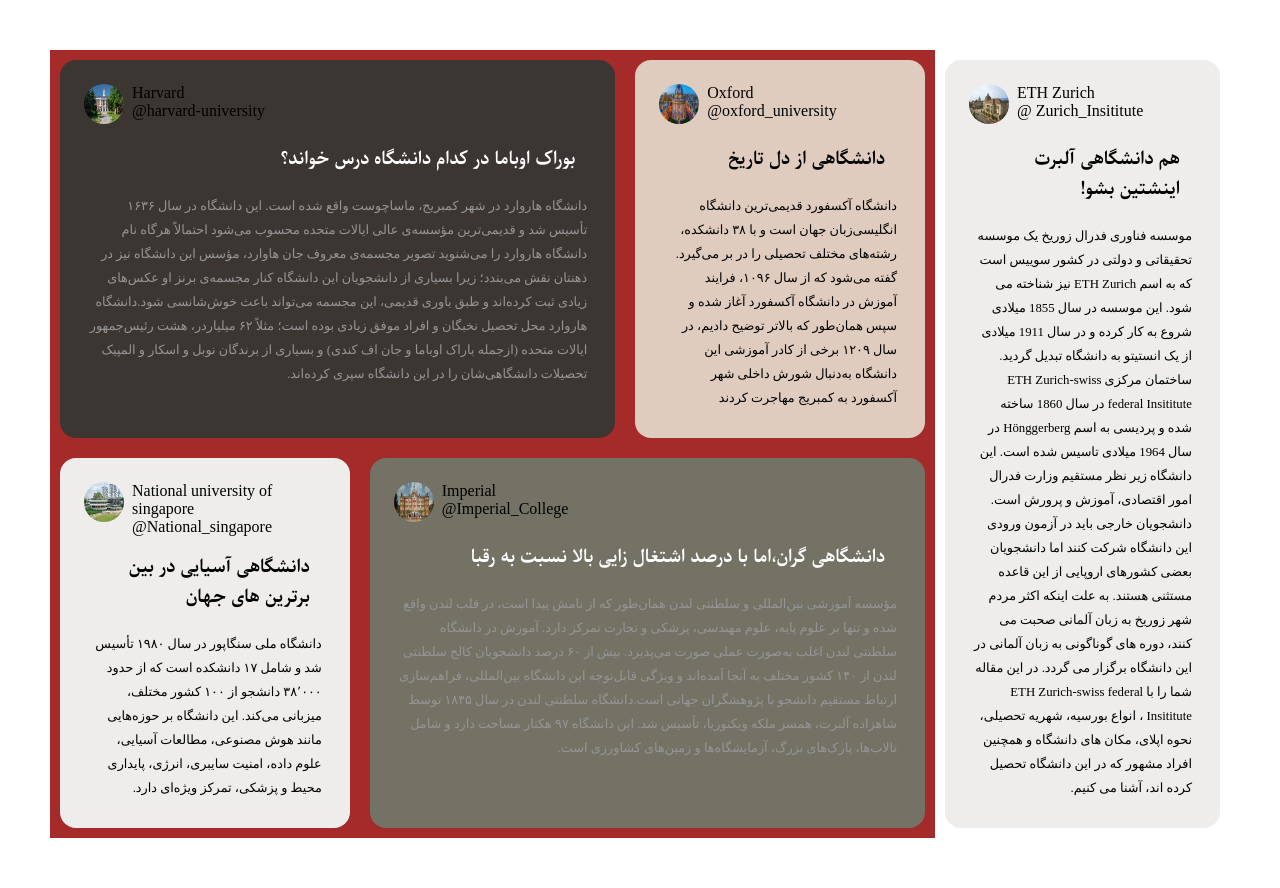
Repository: rahanwz/cards
Page: cards.html
The author's editor kept a copy of each file at every save. The page is drawn from the files as they stood at one save, then again after the next save.
The browser window is 1280 px wide. The pictures show the whole page.

Above is the page before, as saved 2024-02-17 16:00:18.

### cards.html
<!DOCTYPE html>
<html lang="en">
  <head>
    <meta charset="UTF-8" />
    <meta name="viewport" content="width=device-width, initial-scale=1.0" />
    <title>Document</title>
    <link rel="stylesheet" href="cards.css" />
  </head>
  <body>
    <div class="container">
      <div class="boxcard1">
        <div class="cardcontainer big-card">
          <div class="card1">
            <div class="head">
              <div class="profile">
                <div class="profilecontaner">
                  <img
                    src="harvard-university-6591e0b9df73096be8d614ee.webp"
                    alt=""
                  />
                </div>
              </div>

              <div>
                <div class="user">Harvard</div>
                <div class="id">@harvard-university</div>
              </div>
            </div>
            <div class="descrip1" style="color: #ffffff;">بوراک اوباما در کدام دانشگاه درس خواند؟</div>
            <div class="descrip2" style=" color: #959595;">
              دانشگاه هاروارد در شهر کمبریج، ماساچوست واقع شده است. این دانشگاه
              در سال ۱۶۳۶ تأسیس شد و قدیمی‌ترین مؤسسه‌ی عالی ایالات متحده محسوب
              می‌شود احتمالاً هرگاه نام دانشگاه هاروارد را می‌شنوید تصویر
              مجسمه‌ی معروف جان هاوارد، مؤسس این دانشگاه نیز در ذهنتان نقش
              می‌بندد؛ زیرا بسیاری از دانشجویان این دانشگاه کنار مجسمه‌ی برنز او
              عکس‌های زیادی ثبت کرده‌اند و طبق باوری قدیمی، این مجسمه می‌تواند
              باعث خوش‌شانسی شود.دانشگاه هاروارد محل تحصیل نخبگان و افراد موفق
              زیادی بوده است؛ مثلاً ۶۲ میلیاردر، هشت‌ رئیس‌جمهور ایالات متحده
              (ازجمله باراک اوباما و جان اف کندی) و بسیاری از برندگان نوبل و
              اسکار و المپیک تحصیلات دانشگاهی‌شان را در این دانشگاه سپری
              کرده‌اند.
            </div>
          </div>
        </div>

        <div class="cardcontainer small-card">
          <div class="card2">
            <div class="head">
              <div class="profile">
                <div class="profilecontaner">
                  <img
                    src="oxford-university-jpg-6591b422df73096be8d6145c.webp"
                    alt=""
                  />
                </div>
              </div>
              <div>
                <div class="user">Oxford</div>
                <div class="id">@oxford_university</div>
              </div>
            </div>
            <div class="descrip1">دانشگاهی از دل تاریخ</div>
            <div class="descrip2">
              دانشگاه آکسفورد قدیمی‌ترین دانشگاه انگلیسی‌زبان جهان است و با ۳۸
              دانشکده، رشته‌های مختلف تحصیلی را در بر می‌گیرد. گفته می‌شود که از
              سال ۱۰۹۶، فرایند آموزش در دانشگاه آکسفورد آغاز شده و سپس همان‌طور
              که بالاتر توضیح دادیم، در سال ۱۲۰۹ برخی از کادر آموزشی این دانشگاه
              به‌دنبال شورش داخلی شهر آکسفورد به کمبریج مهاجرت کردند
            </div>
          </div>
        </div>

        <div class="cardcontainer small-card">
          <div class="card3">
            <div class="head">
              <div class="profile">
                <div class="profilecontaner">
                  <img src="nus-6591f1acdf73096be8d61515.webp" alt="" />
                </div>
              </div>

              <div>
                <div class="user">National university of singapore</div>
                <div class="id">@National_singapore</div>
              </div>
            </div>
            <div class="descrip1">دانشگاهی آسیایی در بین برترین های جهان</div>
            <div class="descrip2">
              دانشگاه ملی سنگاپور در سال ۱۹۸۰ تأسیس شد و شامل ۱۷ دانشکده‌ است که
              از حدود ۳۸٬۰۰۰ دانشجو از ۱۰۰ کشور مختلف، میزبانی می‌کند. این
              دانشگاه بر حوزه‌هایی مانند هوش مصنوعی، مطالعات آسیایی، علوم داده،
              امنیت سایبری، انرژی، پایداری محیط و پزشکی، تمرکز ویژه‌ای دارد.
            </div>
          </div>
        </div>
        <div class="cardcontainer big-card">
          <div class="card4">
            <div class="head">
              <div class="profile">
                <div class="profilecontaner">
                  <img
                    src="imperial-college-london-6591e911df73096be8d614fb.webp"
                    alt=""
                  />
                </div>
              </div>

              <div>
                <div class="user">Imperial</div>
                <div class="id">@Imperial_College</div>
              </div>
            </div>
            <div class="descrip1" style="color: #ffffff;">
              دانشگاهی گران،اما با درصد اشتغال زایی بالا نسبت به رقبا
            </div>
            <div class="descrip2" style="color: #959595;">
              مؤسسه آموزشی بین‌المللی و سلطنتی لندن همان‌طور که از نامش پیدا
              است، در قلب لندن واقع شده و تنها بر علوم پایه، علوم مهندسی، پزشکی
              و تجارت تمرکز دارد. آموزش در دانشگاه سلطنتی لندن اغلب به‌صورت عملی
              صورت می‌پذیرد. بیش از ۶۰ درصد دانشجویان کالج سلطنتی لندن از ۱۴۰
              کشور مختلف به آنجا آمده‌اند و ویژگی قابل‌توجه این دانشگاه
              بین‌المللی، فراهم‌سازی ارتباط مستقیم دانشجو با پژوهشگران جهانی
              است.دانشگاه سلطنتی لندن در سال ۱۸۴۵ توسط شاهزاده آلبرت، همسر ملکه
              ویکتوریا، تأسیس شد. این دانشگاه ۹۷ هکتار مساحت دارد و شامل
              تالاب‌ها، پارک‌های بزرگ، آزمایشگاه‌ها و زمین‌های کشاورزی است.
            </div>
          </div>
        </div>
      </div>
      <div class="boxcard2">
        <div class="cardcontainer">
          <div class="card5">
            <div class="head">
              <div class="profile">
                <div class="profilecontaner">
                  <img src="zurich-eth-6591f083df73096be8d6150c.webp" alt="" />
                </div>
              </div>

              <div>
                <div class="user">ETH Zurich</div>
                <div class="id">@ Zurich_Insititute</div>
              </div>
            </div>
            <div class="descrip1" ">هم دانشگاهی آلبرت اینشتین بشو!</div>
            <div class="descrip2">
              موسسه فناوری فدرال زوریخ یک موسسه تحقیقاتی و دولتی در کشور سوییس
              است که به اسم ETH Zurich نیز شناخته می شود. این موسسه در سال 1855
              میلادی شروع به کار کرده و در سال 1911 میلادی از یک انستیتو به
              دانشگاه تبدیل گردید. ساختمان مرکزی ETH Zurich-swiss federal
              Insititute در سال 1860 ساخته شده و پردیسی به اسم Hönggerberg در
              سال 1964 میلادی تاسیس شده است. این دانشگاه زیر نظر مستقیم وزارت
              فدرال امور اقتصادی، آموزش و پرورش است. دانشجویان خارجی باید در
              آزمون ورودی این دانشگاه شرکت کنند اما دانشجویان بعضی کشورهای
              اروپایی از این قاعده مستثنی هستند. به علت اینکه اکثر مردم شهر
              زوریخ به زبان آلمانی صحبت می کنند، دوره های گوناگونی به زبان
              آلمانی در این دانشگاه برگزار می گردد. در این مقاله شما را با ETH
              Zurich-swiss federal Insititute ، انواع بورسیه، شهریه تحصیلی، نحوه
              اپلای، مکان های دانشگاه و همچنین افراد مشهور که در این دانشگاه
              تحصیل کرده اند، آشنا می کنیم.
            </div>
          </div>
        </div>
      </div>
    </div>
  </body>
</html>

### cards.css
* {
  padding: 0;
  margin: 0;
  box-sizing: border-box;
}

.container {
  display: flex;
  flex-direction: column;
  width: 100%;
  height: auto;
  padding: 3rem 2.5rem;
}

.head {
  display: flex;
}

.cardcontainer {
  width: 100%;
  padding: 10px;
}

.card1 {
  background-color: #3c3633;
  padding: 1.5rem;
  border-radius: 1rem;
}
.profile img {
  width: 40px;
  height: 40px;
  margin-right: 0.5rem;
  border-radius: 50%;
}

.descrip {
  padding-top: 1.5rem;
}

.card2 {
  background-color: #e0ccbe;
  padding: 1.5rem;
  border-radius: 1rem;
}
.card3 {
  background-color: #eeedeb;
  padding: 1.5rem;
  border-radius: 1rem;
}
.card4 {
  padding: 1.5rem;
  border-radius: 1rem;
  background-color: #747264;
}

.card5 {
  background-color: #eeedeb;
  padding: 1.5rem;
  border-radius: 1rem;
}

@media (min-width: 1024px) {
  .container {
    flex-direction: row;
    padding: 50px;
    height: 100%;
  }

  .boxcard1 {
    display: flex;
    width: 75%;
    height:20%;
    flex-wrap: wrap;
    background-color: brown;
  }

  .boxcard2 {
    width: 25%;
      height: 65%;
  }

  .big-card {
    width: 65%;
  }
  .small-card {
    width: 35%;
  }
  .card1,.card2,.card3,.card4,.card5{
    height: 100%;
  }

}
.descrip1,
.descrip2 {
  direction: rtl;
}

.descrip1{
 font-size:1.1rem;
 padding: 1rem;
 font-family: titr;
}

.descrip2{
  padding: .25rem;
  font-size:.80rem;
  line-height:1.5rem;

}


@font-face{
  font-family:titr;
  src: url(font/Parastoo-Bold-FD-WOL.woff);
}

After the next save:
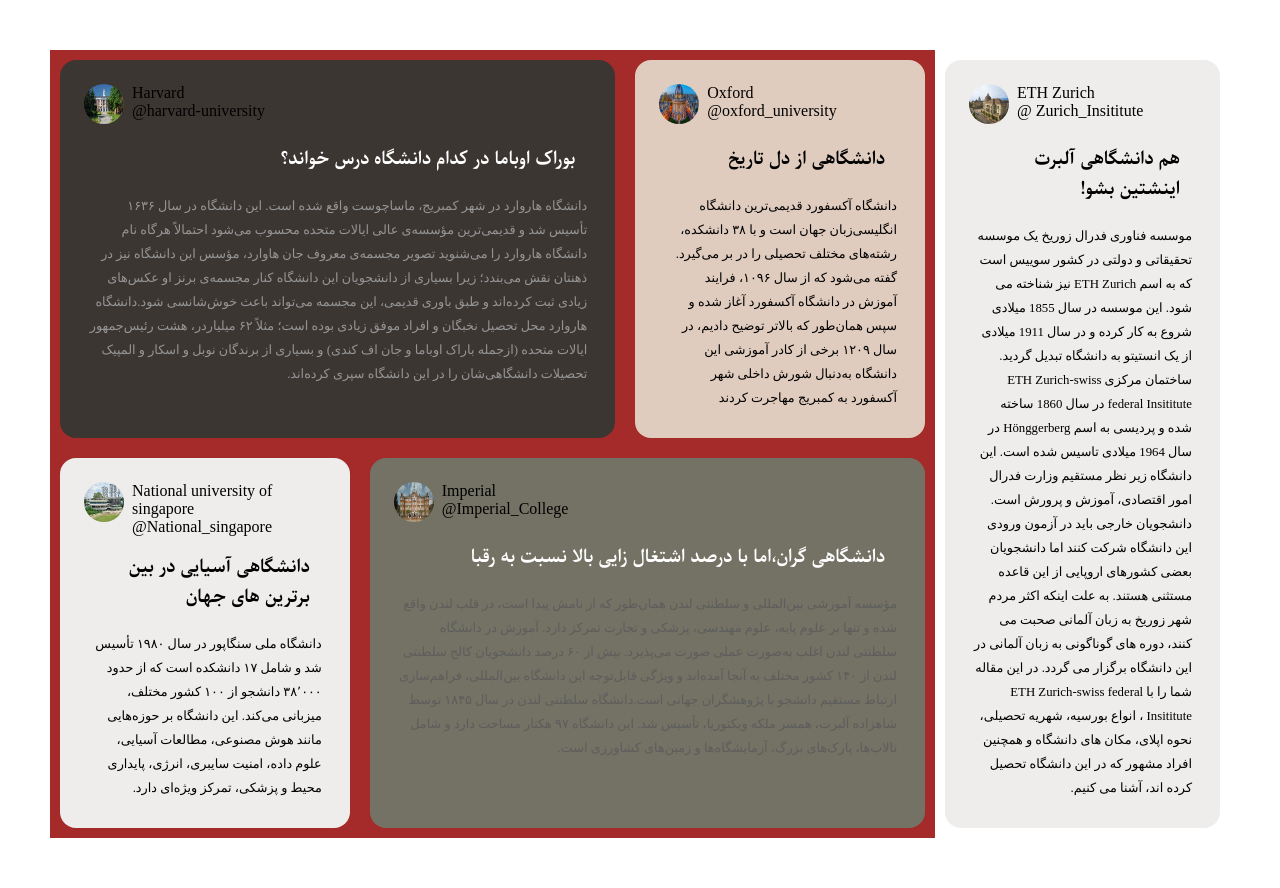
Saved 20 s later.
--- a/cards.html
+++ b/cards.html
@@ -113,7 +113,7 @@
             <div class="descrip1" style="color: #ffffff;">
               دانشگاهی گران،اما با درصد اشتغال زایی بالا نسبت به رقبا
             </div>
-            <div class="descrip2" style="color: #959595;">
+            <div class="descrip2" style="color: #5d5d5d;">
               مؤسسه آموزشی بین‌المللی و سلطنتی لندن همان‌طور که از نامش پیدا
               است، در قلب لندن واقع شده و تنها بر علوم پایه، علوم مهندسی، پزشکی
               و تجارت تمرکز دارد. آموزش در دانشگاه سلطنتی لندن اغلب به‌صورت عملی
